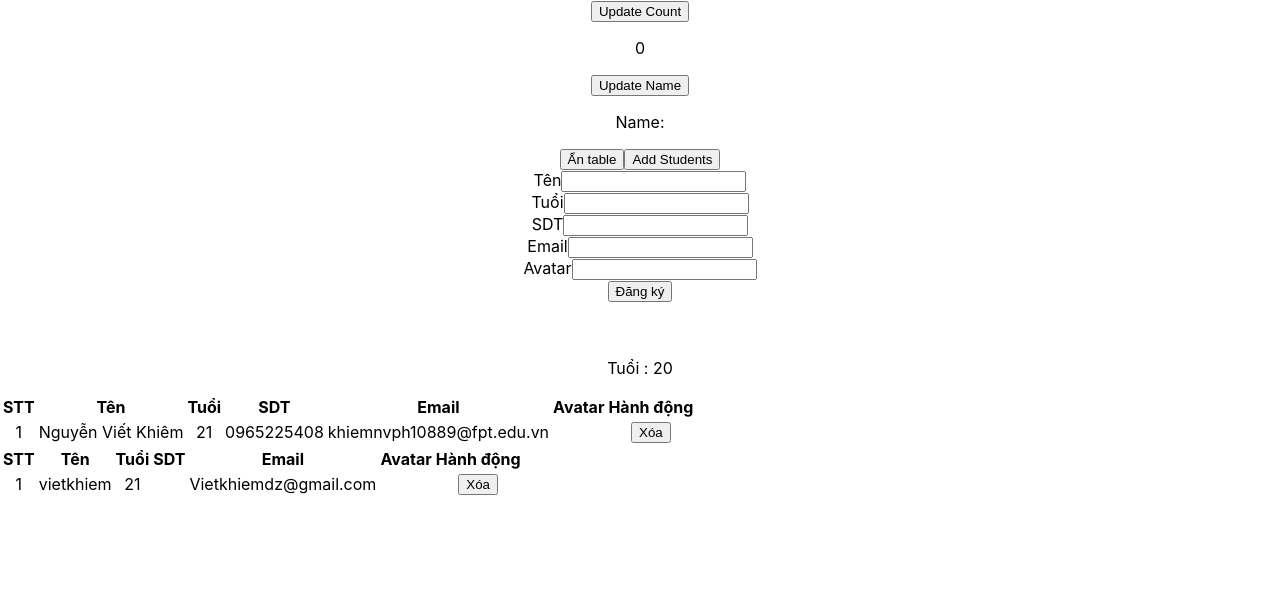
Repository: vietkhiem/TypeScript
Page: /
The author's editor kept a copy of each file at every save. The page is drawn from the files as they stood at one save, then again after a run of saves.
The browser window is 1280 px wide. The pictures show the whole page.
The project was rebuilt for these pictures with package versions that can differ from the ones it lists, and the page was loaded fresh each time.

Above is the page before, as saved 2022-03-18 20:24:05.

### src/App.tsx
import React, {useState} from 'react';
import './App.css';
import Login from './pages/login';
import TableCustom from './pages/table';

type Student = {
  name: string,
  age: number,
  address: string,
  phone: number
}

function App() {
  const [count, setCount] = useState<number>(0);
  const [name, setName] = useState<string>('');
  //state trang thai hien thi bang
  const [isShowTable, setShowTable] = useState<boolean>(true);
  const studentsData = [
    {
      name: 'vietkhiem',
      age: 21,
      address: 'Thái Bình',
      email: 'Vietkhiemdz@gmail.com',
      action: 'Delete'
    }
  ]
  return (
    <div className="App">
      <button onClick={() => setCount(count+1)}>Update Count</button>
        <p>{count}</p>

      <button onClick={() => setName('viet khiem')}>Update Name</button>
        <p>Name: {name}</p>

        <button onClick={() => setShowTable(!isShowTable)}>
        {isShowTable === true ? 'Ẩn' : 'Hiện'}  table</button>

        <button>Add Students</button>
      {/* thêm view login vào trong App.tsx */}
        <Login />
        {/* thêm components table vào app */}
        {
          isShowTable === true
        ? <TableCustom rows={studentsData} />
        :null
        }

    </div>
  );
}

export default App;

### src/App.css
.App {
  text-align: center;
}

.App-link {
  color: #61dafb;
}

@keyframes App-logo-spin {
  from {
    transform: rotate(0deg);
  }
  to {
    transform: rotate(360deg);
  }
}
.customers {
  font-family: Arial, Helvetica, sans-serif;
  border-collapse: collapse;
  width: 100%;
}

.customers td, .customers th {
  border: 1px solid #ddd;
  padding: 8px;
}

.customers tr:nth-child(even){background-color: #f2f2f2;}

.customers tr:hover {background-color: #ddd;}

.customers th {
  padding-top: 12px;
  padding-bottom: 12px;
  text-align: center;
  background-color: rgb(48, 169, 169);
  color: white;
}

### src/pages/login/index.tsx
import React, {useState} from 'react'
import Table from '../table';

const Student = () => {
  type studenType = {
    name: string
    age: number
    phone: string
    email: string
  }
  const [data, setData] = useState<studenType[]>([
    {
      name: 'Nguyễn Viết Khiêm',
      age: 21,
      phone: '0965225408',
      email: 'khiemnvph10889@fpt.edu.vn',
    }
  ])
  const removeProduct = (id: number) => {
    console.log(id)
  }
  type info = {
    age: number
  }
  const showAge = (props: info): number => {
    return props.age
  }
  const [isShowTable, SetShowTable] = useState<boolean>(true)
  const [namevalue, setname] = useState<string>('')
  const [agevalue, setage] = useState<string>('')
  const [phonevalue, setphone] = useState<string>('')
  const [emailvalue, setemail] = useState<string>('')
  const [avatarvalue, setavatar] = useState<string>('')
  const onSubmit = (): any => {
    const datanew: any = {
      name: namevalue,
      age: +agevalue,
      phone: phonevalue,
      email: emailvalue,
      avatar: avatarvalue,
    }
    console.log(datanew);

    setData([...data,datanew])
  }
  return (
    <>
      <div className="w-[1200px] mx-auto">
        <form action="">
          <div>
            <label htmlFor="">Tên</label>
            <input
              onChange={(e) => setname(e.target.value)}
              className="border border-2 border-black"
              type="text"
            />
          </div>
          <div className="mt-4">
            <label htmlFor="">Tuổi</label>
            <input
              onChange={(e) => setage(e.target.value)}
              className="border border-2 border-black"
              type="number"
            />
          </div>
          <div className="mt-4">
            <label htmlFor="">SDT</label>
            <input
              onChange={(e) => setphone(e.target.value)}
              className="border border-2 border-black"
              type="text"
            />
          </div>
          <div className="mt-4">
            <label htmlFor="">Email</label>
            <input
              onChange={(e) => setemail(e.target.value)}
              className="border border-2 border-black"
              type="email"
            />
          </div>
          <div className="mt-4">
            <label htmlFor="">Avatar</label>
            <input
              onChange={(e) => setavatar(e.target.value)}
              className="border border-2 border-black"
              type="text"
            />
          </div>
          <button
            onClick={(e) => {
              onSubmit()
              e.preventDefault()
            }}
            className="mt-4  border-2 border-black"
          >
            Đăng ký
          </button>
        </form>
        <br />
        {/* <button
          onClick={() => {
            SetShowTable(!isShowTable)
          }}
          className="btn-delete text-red-600 font-semibold border border-2 border-black"
        >
          {isShowTable === true ? 'Ẩn' : 'Hiện'} Bảng
        </button> */}
        <br />
        <p>Tuổi : {showAge({ age: 20 })}</p>
        {isShowTable && <Table rows={data} />}
      </div>
    </>
  )
}

export default Student;

### src/pages/table/index.tsx
import React from 'react'
type rowType = {
  name: string
  age: number
  phone: string
  email: string
  avatar: string
}
type typeshow = {
  rows: rowType[],
}
const Table = (props: typeshow) => {
  return (
    <table>
      <thead>
        <tr>
          <th>STT</th>
          <th>Tên</th>
          <th>Tuổi</th>
          <th>SDT</th>
          <th>Email</th>
          <th>Avatar</th>
          <th>Hành động</th>
        </tr>
      </thead>
      <tbody>
        {props.rows.map((item, index) => (
          <tr key={index}>
            <td style={{ verticalAlign: 'middle' }}>{index + 1}</td>
            <td style={{ verticalAlign: 'middle' }}>{item.name}</td>
            <td style={{ verticalAlign: 'middle' }}>{item.age}</td>
            <td style={{ verticalAlign: 'middle' }}>{item.phone}</td>
            <td style={{ verticalAlign: 'middle' }}>{item.email}</td>
            <td style={{ verticalAlign: 'middle' }}>
              <img src={item.avatar} alt="" />
            </td>
            <td>
              <button
                className="btn btn-danger"
              >
                Xóa
              </button>
            </td>
          </tr>
        ))}
      </tbody>
    </table>
  )
}

export default Table

Loaded but not shown: public/index.html (common file); src/index.tsx (common file); src/index.css (common file); src/reportWebVitals.ts (common file)

After the next 2 saves:
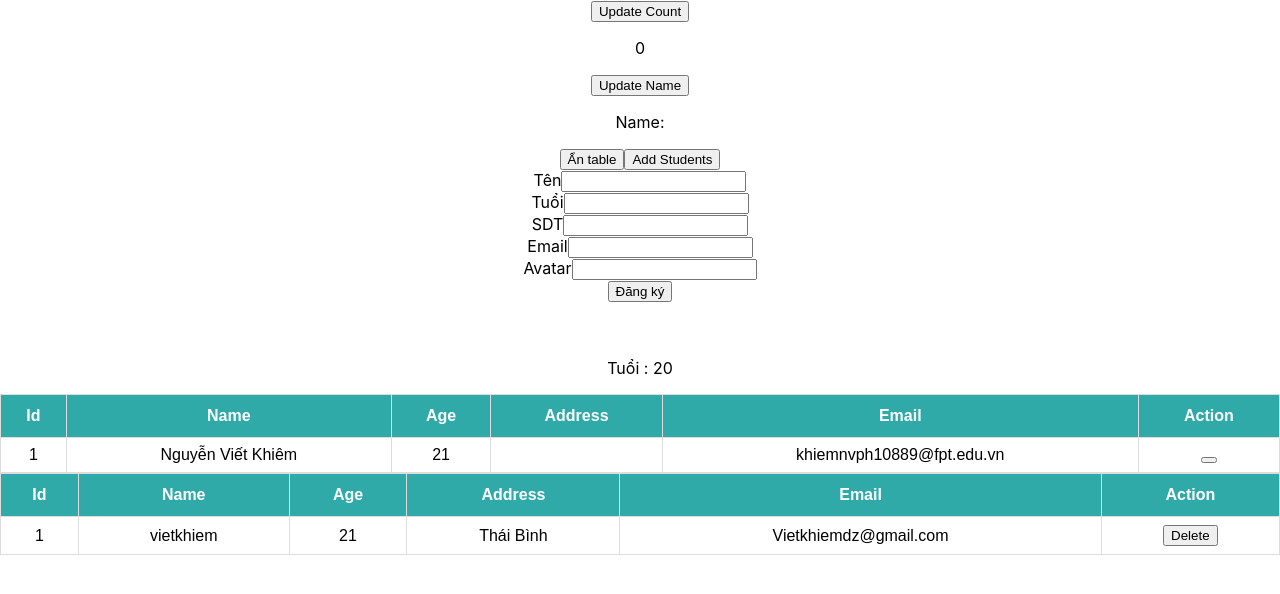
The 2 saves are shown as one change because 1 did not build or start.
The last was saved 79 s later.
--- a/src/pages/table/index.tsx
+++ b/src/pages/table/index.tsx
@@ -1,51 +1,47 @@
-import React from 'react'
-type rowType = {
-  name: string
-  age: number
-  phone: string
-  email: string
-  avatar: string
+import React from "react";
+
+type row = {
+  name: string,
+  age: number,
+  address: string,
+  email: string,
+  action: string
 }
-type typeshow = {
-  rows: rowType[],
+type TableProps = {
+  rows: row[]
 }
-const Table = (props: typeshow) => {
-  return (
-    <table>
-      <thead>
-        <tr>
-          <th>STT</th>
-          <th>Tên</th>
-          <th>Tuổi</th>
-          <th>SDT</th>
-          <th>Email</th>
-          <th>Avatar</th>
-          <th>Hành động</th>
-        </tr>
-      </thead>
-      <tbody>
-        {props.rows.map((item, index) => (
-          <tr key={index}>
-            <td style={{ verticalAlign: 'middle' }}>{index + 1}</td>
-            <td style={{ verticalAlign: 'middle' }}>{item.name}</td>
-            <td style={{ verticalAlign: 'middle' }}>{item.age}</td>
-            <td style={{ verticalAlign: 'middle' }}>{item.phone}</td>
-            <td style={{ verticalAlign: 'middle' }}>{item.email}</td>
-            <td style={{ verticalAlign: 'middle' }}>
-              <img src={item.avatar} alt="" />
-            </td>
-            <td>
-              <button
-                className="btn btn-danger"
-              >
-                Xóa
-              </button>
-            </td>
-          </tr>
-        ))}
-      </tbody>
-    </table>
-  )
+function Table({rows} : TableProps) {
+    return (
+      <>
+        <table className="customers">
+          <thead>
+              <tr>
+                <th>Id</th>
+                <th>Name</th>
+                <th>Age</th>
+                <th>Address</th>
+                <th>Email</th>
+                <th>Action</th>
+              </tr>
+          </thead>
+          <tbody>
+              {
+                rows.map((row, index) => (
+                  <tr key={index}>
+                    <td>{index +1}</td>
+                    <td>{row.name}</td>
+                    <td>{row.age}</td>
+                    <td>{row.address}</td>
+                    <td>{row.email}</td>
+                    <td>
+                      <button>{row.action}</button>
+                    </td>
+                  </tr>
+                ))
+              }
+          </tbody>
+        </table>
+      </>
+    );
 }
-
-export default Table
+export default Table;
